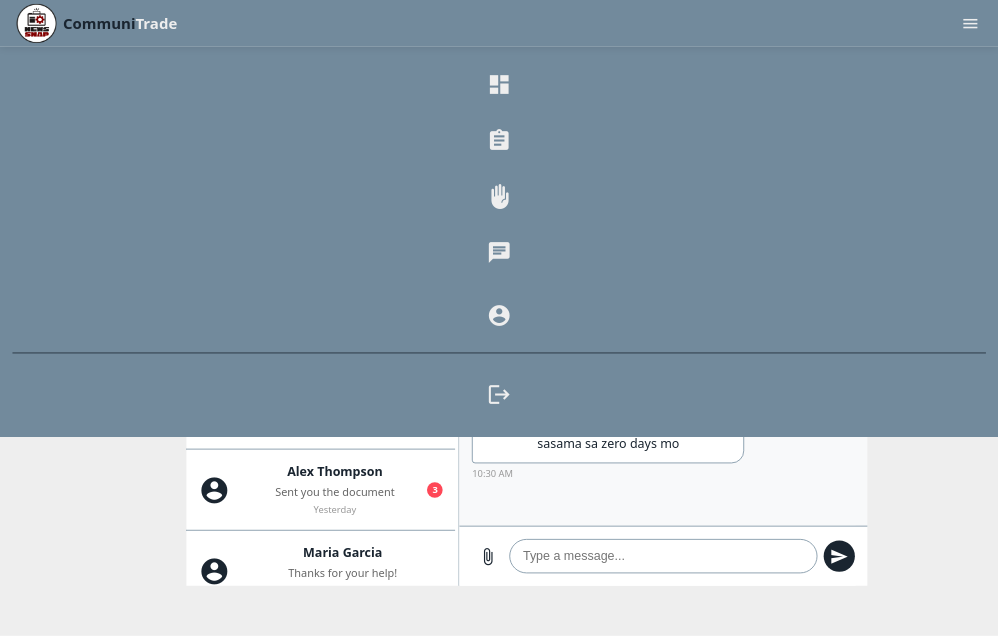
Repository: wholaanmo/news-snap
Page: /message
The author's editor kept a copy of each file at every save. The page is drawn from the files as they stood at one save, then again after the next save.
The browser window is 1280 px wide. The pictures show the whole page, at 78% of full size.
The project was rebuilt for these pictures with package versions that can differ from the ones it lists, and the page was loaded fresh each time. Also part of the build but not shown: src/components/AdminNavbar.vue, src/components/AdminSidebar.vue, src/layouts/AdminLayout.vue.

Above is the page before, as saved 2025-10-15 20:03:48.

### index.html
<!doctype html>
<html lang="en">
  <head>
    <meta charset="UTF-8" />
    <link rel="icon" type="image/svg+xml" href="/vite.svg" />
    <meta name="viewport" content="width=device-width, initial-scale=1.0" />
    <title>CommuniTrade</title>
    <link href="https://fonts.googleapis.com/css2?family=Material+Icons"
      rel="stylesheet">
    <link href="https://fonts.googleapis.com/css2?family=Roboto:wght@400;700&display=swap" rel="stylesheet">
    <link href="https://fonts.googleapis.com/css2?family=Inter:wght@400;600&display=swap" rel="stylesheet">
  </head>
  <body>
    <div id="app"></div>
    <script type="module" src="/src/main.js"></script>
  </body>
</html>

### src/App.vue
<template>
  <div class="app">
    <router-view />
  </div>
</template>

<script setup>
// No need for layout logic here anymore - it's handled by individual layouts
</script>

<style lang="css">
:root {
  --primary: #1a2530;
  --grey: #728a9c;
  --dark: #0F0E0E;
  --dark-alt: #37353E;
  --light: #EEEEEE;
  --sidebar-width: 230px;
}

* {
  margin: 0;
  padding: 0;
  box-sizing: border-box;
  scrollbar-width: thin;
  scrollbar-color: #728a9c #f0f0f0;
}

body {
  background: var(--light);
}

button {
  cursor: pointer;
  appearance: none;
  border: none;
  outline: none;
  background: none;
}

.app {
  min-height: 100vh;
}
</style>

### src/layouts/UserLayout.vue
<template>
    <div class="user-layout">
      <UserNavbar :toggle-sidebar="toggleSidebar" />
      <div class="layout-body">
        <UserSidebar :isOpen="sidebarOpen" @toggle="sidebarOpen = $event" />
        <main class="user-content" :class="sidebarOpen && 'sidebar-open'">
          <router-view />
        </main>
      </div>
    </div>
  </template>

  <script setup>
  import { ref } from 'vue'
  import UserNavbar from '@/components/Navbar.vue'
  import UserSidebar from '@/components/Sidebar.vue'

  const sidebarOpen = ref(false)

  const toggleSidebar = () => {
    sidebarOpen.value = !sidebarOpen.value
  }
  </script>

  <style scoped>
  .user-layout {
    min-height: 100vh;
  }

  .layout-body {
    display: flex;
    min-height: calc(100vh - 60px);
    margin-top: 30px; /* Account for navbar height */
  }

  .user-content {
    flex: 1 1 0;
    margin-left: calc(1.5rem + 32px);
    transition: margin-left 0.2s ease-out;
    padding: 2rem;
  }

  .user-content.sidebar-open {
    margin-left: var(--sidebar-width);
  }

  @media (max-width: 768px) {
    .user-content {
      margin-left: 0;
      padding: 1rem;
    }

    .user-content.sidebar-open {
      margin-left: 0;
    }
  }
  </style>

### src/views/message.vue
<template>
  <div class="message-page">
    <!-- Sidebar with conversation list -->
    <div class="conversation-sidebar" :class="{ 'sidebar-collapsed': !isSidebarExpanded }">
      <div class="sidebar-header">
        <h2>Messages</h2>
      </div>

      <div class="conversation-list">
        <div
          v-for="conversation in conversations"
          :key="conversation.id"
          class="conversation-item"
          :class="{ active: activeConversation?.id === conversation.id }"
          @click="selectConversation(conversation)"
        >
          <div class="avatar">
            <span class="material-icons">account_circle</span>
          </div>
          <div class="conversation-info">
            <div class="user-name">{{ conversation.userName }}</div>
            <div class="last-message">{{ conversation.lastMessage }}</div>
            <div class="timestamp">{{ conversation.timestamp }}</div>
          </div>
          <div v-if="conversation.unreadCount > 0" class="unread-badge">
            {{ conversation.unreadCount }}
          </div>
        </div>
      </div>
    </div>

    <!-- Main chat area -->
    <div class="chat-area">
      <div v-if="activeConversation" class="chat-container">
        <!-- Chat header -->
        <div class="chat-header">
          <div class="chat-user-info">
            <span class="material-icons">account_circle</span>
            <span class="user-name">{{ activeConversation.userName }}</span>
            <span class="status" :class="activeConversation.status">{{ activeConversation.status }}</span>
          </div>
        </div>

        <!-- Messages container -->
        <div class="messages-container" ref="messagesContainer">
          <div
            v-for="message in activeConversation.messages"
            :key="message.id"
            class="message"
            :class="message.sender"
          >
            <div class="message-content">
              <img
                v-if="message.type === 'image'"
                :src="message.content"
                alt="Sent image"
                class="message-image"
                @click="openImageModal(message.content)"
              />
              <span v-else>{{ message.content }}</span>
            </div>
            <div class="message-time">
              {{ message.time }}
            </div>
          </div>
        </div>

        <!-- Message input -->
        <div class="message-input-container">
          <div class="input-wrapper">
            <input
              ref="fileInput"
              type="file"
              accept="image/*"
              style="display: none"
              @change="handleImageUpload"
            />
            <button @click="triggerFileInput" class="attachment-button">
              <span class="material-icons">attach_file</span>
            </button>
            <input
              v-model="newMessage"
              type="text"
              placeholder="Type a message..."
              @keyup.enter="sendMessage"
              class="message-input"
            >
            <button @click="sendMessage" class="send-button">
              <span class="material-icons">send</span>
            </button>
          </div>
        </div>
      </div>

      <!-- Empty state when no conversation selected -->
      <div v-else class="no-conversation">
        <div class="empty-state">
          <span class="material-icons">chat</span>
          <h3>Select a conversation</h3>
          <p>Choose a conversation from the list to start messaging</p>
        </div>
      </div>
    </div>

    <!-- Image Modal -->
    <div v-if="selectedImage" class="image-modal" @click="closeImageModal">
      <div class="modal-content">
        <img :src="selectedImage" alt="Full size image" />
        <button class="close-modal" @click="closeImageModal">
          <span class="material-icons">close</span>
        </button>
      </div>
    </div>
  </div>
</template>

<script setup>
import { ref, onMounted, nextTick } from 'vue'

// Reactive data
const isSidebarExpanded = ref(true)
const activeConversation = ref(null)
const newMessage = ref('')
const messagesContainer = ref(null)
const fileInput = ref(null)
const selectedImage = ref(null)

// Sample conversations data
const conversations = ref([
  {
    id: 1,
    userName: 'John Doe',
    lastMessage: 'Thanks for the help!',
    timestamp: '10:30 AM',
    unreadCount: 2,
    status: 'online',
    messages: [
      { id: 1, content: 'Hi sah!', sender: 'them', time: '10:15 AM' },
      { id: 2, content: 'Uy musta my young stunna?', sender: 'me', time: '10:16 AM' },
      { id: 3, content: 'Need ko help sa project namin', sender: 'them', time: '10:20 AM' },
      { id: 4, content: 'Ay bounce na ko jan sah', sender: 'me', time: '10:25 AM' },
      { id: 5, content: 'Awit, makikita mo talaga kung sino sasama sa zero days mo', sender: 'them', time: '10:30 AM' }
    ]
  },
  {
    id: 2,
    userName: 'Sarah Wilson',
    lastMessage: 'See you tomorrow!',
    timestamp: 'Yesterday',
    unreadCount: 0,
    status: 'offline',
    messages: [
      { id: 1, content: 'Meeting tomorrow at 3 PM', sender: 'them', time: 'Yesterday' },
      { id: 2, content: 'Owkie dowkie', sender: 'me', time: 'Yesterday' }
    ]
  },
  {
    id: 3,
    userName: 'Mike Johnson',
    lastMessage: 'Tapos na po maem',
    timestamp: '12/15/2024',
    unreadCount: 1,
    status: 'online',
    messages: [
      { id: 1, content: 'The files you requested are ready for review', sender: 'them', time: '12/15/2024' }
    ]
  },
  {
    id: 4,
    userName: 'Emily Davis',
    lastMessage: 'Are we still meeting today?',
    timestamp: '11:45 AM',
    unreadCount: 0,
    status: 'online',
    messages: [
      { id: 1, content: 'Hey, are you available for a quick call?', sender: 'them', time: '11:30 AM' },
      { id: 2, content: 'Sure, what time works for you?', sender: 'me', time: '11:35 AM' }
    ]
  },
  {
    id: 5,
    userName: 'Alex Thompson',
    lastMessage: 'Sent you the document',
    timestamp: 'Yesterday',
    unreadCount: 3,
    status: 'online',
    messages: [
      { id: 1, content: 'Can you review this document when you have time?', sender: 'them', time: 'Yesterday' },
      { id: 2, content: 'Of course, send it over', sender: 'me', time: 'Yesterday' }
    ]
  },
  {
    id: 6,
    userName: 'Maria Garcia',
    lastMessage: 'Thanks for your help!',
    timestamp: '12/14/2024',
    unreadCount: 0,
    status: 'offline',
    messages: [
      { id: 1, content: 'I really appreciate your assistance with the project', sender: 'them', time: '12/14/2024' },
      { id: 2, content: 'Happy to help anytime!', sender: 'me', time: '12/14/2024' }
    ]
  },
  {
    id: 7,
    userName: 'David Chen',
    lastMessage: 'Lets catch up soon',
    timestamp: '12/13/2024',
    unreadCount: 1,
    status: 'online',
    messages: [
      { id: 1, content: 'Long time no see! How have you been?', sender: 'them', time: '12/13/2024' },
      { id: 2, content: 'Doing great! We should definitely meet up', sender: 'me', time: '12/13/2024' }
    ]
  },
  {
    id: 8,
    userName: 'Lisa Rodriguez',
    lastMessage: 'The package arrived',
    timestamp: '12/12/2024',
    unreadCount: 0,
    status: 'offline',
    messages: [
      { id: 1, content: 'Just wanted to let you know the package arrived safely', sender: 'them', time: '12/12/2024' },
      { id: 2, content: 'Great! Thanks for the update', sender: 'me', time: '12/12/2024' }
    ]
  },
  {
    id: 9,
    userName: 'Kevin Wilson',
    lastMessage: 'Check this out!',
    timestamp: '12/11/2024',
    unreadCount: 2,
    status: 'online',
    messages: [
      { id: 1, content: 'Found this interesting article you might like', sender: 'them', time: '12/11/2024' },
      { id: 2, content: 'Looks cool, Ill read it later', sender: 'me', time: '12/11/2024' }
    ]
  }
])

// Methods
const toggleSidebar = () => {
  isSidebarExpanded.value = !isSidebarExpanded.value
}

const selectConversation = (conversation) => {
  activeConversation.value = conversation
  // Mark as read when selected
  conversation.unreadCount = 0
  // Scroll to bottom of messages
  nextTick(() => {
    scrollToBottom()
  })
}

const sendMessage = () => {
  if (!newMessage.value.trim() || !activeConversation.value) return

  const newMsg = {
    id: Date.now(),
    content: newMessage.value,
    sender: 'me',
    time: new Date().toLocaleTimeString([], { hour: '2-digit', minute: '2-digit' })
  }

  activeConversation.value.messages.push(newMsg)
  activeConversation.value.lastMessage = newMessage.value
  activeConversation.value.timestamp = 'Just now'

  newMessage.value = ''

  // Scroll to bottom after sending
  nextTick(() => {
    scrollToBottom()
  })
}

const triggerFileInput = () => {
  fileInput.value.click()
}

const handleImageUpload = (event) => {
  const file = event.target.files[0]
  if (file && file.type.startsWith('image/')) {
    const reader = new FileReader()
    reader.onload = (e) => {
      const imageMsg = {
        id: Date.now(),
        content: e.target.result,
        sender: 'me',
        type: 'image',
        time: new Date().toLocaleTimeString([], { hour: '2-digit', minute: '2-digit' })
      }

      activeConversation.value.messages.push(imageMsg)
      activeConversation.value.lastMessage = 'Sent an image'
      activeConversation.value.timestamp = 'Just now'

      // Scroll to bottom after sending
      nextTick(() => {
        scrollToBottom()
      })
    }
    reader.readAsDataURL(file)
  }

  // Reset file input
  event.target.value = ''
}

const openImageModal = (imageSrc) => {
  selectedImage.value = imageSrc
}

const closeImageModal = () => {
  selectedImage.value = null
}

const scrollToBottom = () => {
  if (messagesContainer.value) {
    messagesContainer.value.scrollTop = messagesContainer.value.scrollHeight
  }
}

// Lifecycle
onMounted(() => {
  // Select first conversation by default
  if (conversations.value.length > 0) {
    selectConversation(conversations.value[0])
  }
})
</script>

<style scoped>
.message-page {
  display: flex;
  height: calc(100vh - 60px);
  margin-top: -3px;
  background-color: var(--light);
}

/* Conversation Sidebar Styles */
.conversation-sidebar {
  width: 350px;
  background-color: white;
  border-right: 1px solid var(--grey);
  display: flex;
  flex-direction: column;
  transition: width 0.3s ease;
  overflow: hidden;
}

.sidebar-collapsed {
  width: 60px;
}

.sidebar-header {
  display: flex;
  justify-content: space-between;
  align-items: center;
  padding: 1rem;
  border-bottom: 1px solid var(--grey);
  background-color: var(--grey);
}

.sidebar-header h2 {
  margin: 0;
  color: var(--primary);
  font-size: 1.5rem;
}

.toggle-sidebar {
  background: none;
  border: none;
  cursor: pointer;
  color: var(--primary);
  padding: 0.5rem;
  border-radius: 0.25rem;
}

.toggle-sidebar:hover {
  background-color: var(--light);
}

.conversation-list {
  flex: 1;
  overflow-y: auto;
  padding-right: 4px;
}

/* Custom scrollbar for conversation list */
.conversation-list::-webkit-scrollbar {
  width: 8px;
}

.conversation-list::-webkit-scrollbar-track {
  background: #f1f1f1;
  border-radius: 4px;
}

.conversation-list::-webkit-scrollbar-thumb {
  background: var(--primary);
  border-radius: 4px;
}

.conversation-list::-webkit-scrollbar-thumb:hover {
  background: var(--dark);
}

.conversation-item {
  display: flex;
  align-items: center;
  padding: 1rem;
  cursor: pointer;
  border-bottom: 1px solid var(--grey);
  transition: background-color 0.2s ease;
  position: relative;
}

.conversation-item:hover {
  background-color: var(--light);
}

.conversation-item.active {
  background-color: var(--primary);
  color: white;
}

.conversation-item.active .user-name,
.conversation-item.active .last-message,
.conversation-item.active .timestamp {
  color: white;
}

.avatar {
  margin-right: 1rem;
  flex-shrink: 0;
}

.avatar .material-icons {
  font-size: 2.5rem;
  color: var(--primary);
}

.conversation-item.active .avatar .material-icons {
  color: white;
}

.conversation-info {
  flex: 1;
  min-width: 0;
}

.user-name {
  font-weight: 600;
  margin-bottom: 0.25rem;
  color: var(--primary);
}

.last-message {
  font-size: 0.875rem;
  color: #666;
  white-space: nowrap;
  overflow: hidden;
  text-overflow: ellipsis;
}

.timestamp {
  font-size: 0.75rem;
  color: #999;
  margin-top: 0.25rem;
}

.unread-badge {
  background-color: #ff4757;
  color: white;
  border-radius: 50%;
  width: 20px;
  height: 20px;
  display: flex;
  align-items: center;
  justify-content: center;
  font-size: 0.75rem;
  font-weight: 600;
}

/* Chat Area Styles */
.chat-area {
  flex: 1;
  display: flex;
  flex-direction: column;
  background-color: white;
}

.chat-container {
  display: flex;
  flex-direction: column;
  height: 100%;
  width: 103%;
}

.chat-header {
  padding: 1rem;
  border-bottom: 1px solid var(--grey);
  background-color: white;
}

.chat-user-info {
  display: flex;
  align-items: center;
  gap: 0.5rem;
}

.chat-user-info .material-icons {
  font-size: 2rem;
  color: var(--primary);
}

.status {
  font-size: 0.875rem;
  padding: 0.25rem 0.5rem;
  border-radius: 1rem;
  text-transform: capitalize;
}

.status.online {
  background-color: #2ed573;
  color: white;
}

.status.offline {
  background-color: #747d8c;
  color: white;
}

.messages-container {
  flex: 1;
  padding: 1rem;
  overflow-y: auto;
  display: flex;
  flex-direction: column;
  gap: 1rem;
  background-color: #f8f9fa;
  padding-right: 8px;
}

/* Custom scrollbar for messages container */
.messages-container::-webkit-scrollbar {
  width: 6px;
}

.messages-container::-webkit-scrollbar-track {
  background: #e9ecef;
  border-radius: 3px;
}

.messages-container::-webkit-scrollbar-thumb {
  background: #adb5bd;
  border-radius: 3px;
}

.messages-container::-webkit-scrollbar-thumb:hover {
  background: #6c757d;
}

.message {
  display: flex;
  flex-direction: column;
  max-width: 70%;
}

.message.me {
  align-self: flex-end;
  align-items: flex-end;
}

.message.them {
  align-self: flex-start;
  align-items: flex-start;
}

.message-content {
  padding: 0.75rem 1rem;
  border-radius: 1rem;
  word-wrap: break-word;
}

.message.me .message-content {
  background-color: var(--primary);
  color: white;
  border-bottom-right-radius: 0.25rem;
}

.message.them .message-content {
  background-color: white;
  color: var(--primary);
  border: 1px solid var(--grey);
  border-bottom-left-radius: 0.25rem;
}

.message-image {
  max-width: 300px;
  max-height: 300px;
  border-radius: 0.5rem;
  cursor: pointer;
  transition: transform 0.2s ease;
}

.message-image:hover {
  transform: scale(1.02);
}

.message-time {
  font-size: 0.75rem;
  color: #999;
  margin-top: 0.25rem;
}

.message-input-container {
  padding: 1rem;
  border-top: 1px solid var(--grey);
  background-color: white;
}

.input-wrapper {
  display: flex;
  gap: 0.5rem;
  align-items: center;
}

.attachment-button {
  background: none;
  border: none;
  color: var(--primary);
  cursor: pointer;
  padding: 0.5rem;
  border-radius: 50%;
  transition: background-color 0.2s ease;
}

.attachment-button:hover {
  background-color: var(--light);
}

.message-input {
  flex: 1;
  padding: 0.75rem 1rem;
  border: 1px solid var(--grey);
  border-radius: 2rem;
  outline: none;
  font-size: 1rem;
}

.message-input:focus {
  border-color: var(--primary);
}

.send-button {
  background-color: var(--primary);
  color: white;
  border: none;
  border-radius: 50%;
  width: 40px;
  height: 40px;
  display: flex;
  align-items: center;
  justify-content: center;
  cursor: pointer;
  transition: background-color 0.2s ease;
}

.send-button:hover {
  background-color: var(--dark);
}

.no-conversation {
  flex: 1;
  display: flex;
  align-items: center;
  justify-content: center;
  background-color: #f8f9fa;
}

.empty-state {
  text-align: center;
  color: #666;
}

.empty-state .material-icons {
  font-size: 4rem;
  color: var(--grey);
  margin-bottom: 1rem;
}

/* Image Modal Styles */
.image-modal {
  position: fixed;
  top: 0;
  left: 0;
  width: 100%;
  height: 100%;
  background-color: rgba(0, 0, 0, 0.9);
  display: flex;
  align-items: center;
  justify-content: center;
  z-index: 1000;
}

.modal-content {
  position: relative;
  max-width: 90%;
  max-height: 90%;
}

.modal-content img {
  max-width: 100%;
  max-height: 90vh;
  border-radius: 0.5rem;
}

.close-modal {
  position: absolute;
  top: -40px;
  right: 0;
  background: none;
  border: none;
  color: white;
  font-size: 2rem;
  cursor: pointer;
  padding: 0.5rem;
}

/* Responsive Design */
@media (max-width: 768px) {
  .conversation-sidebar {
    position: absolute;
    left: 0;
    top: 0;
    height: 100%;
    z-index: 98;
    transform: translateX(0);
  }

  .sidebar-collapsed {
    transform: translateX(-100%);
  }

  .chat-area {
    width: 100%;
  }

  .message {
    max-width: 85%;
  }

  .message-image {
    max-width: 200px;
    max-height: 200px;
  }
}

/* Material Icons alignment fix */
.material-icons {
  vertical-align: bottom;
}
</style>

### src/components/Navbar.vue
<template>
  <nav class="navbar">
    <div class="navbar-content">
      <div class="navbar-left">
        <div class="logo-container">
          <img src="../assets/CommuniTrade.png" alt="CommuniTrade Logo" class="logo-img">
          <p class="logo-text">Communi<span class="logo-text1">Trade</span></p>
        </div>
      </div>

      <div class="navbar-right">
        <button class="hamburger-btn" @click="toggleSidebar">
          <span class="material-icons">menu</span>
        </button>
      </div>
    </div>
  </nav>
</template>

<script setup>
defineProps({
  toggleSidebar: Function
})
</script>

<style scoped>
.navbar {
  position: fixed;
  top: 0;
  left: 0;
  right: 0;
  height: 60px;
  background-color: var(--grey);
  color: var(--light);
  z-index: 98;
  box-shadow: 0 2px 10px rgba(0, 0, 0, 0.1);
}

.navbar-content {
  display: flex;
  align-items: center;
  justify-content: space-between;
  height: 100%;
  padding: 0 1rem;
}

.navbar-left {
  display: flex;
  align-items: center;
}

.navbar-right {
  display: flex;
  align-items: center;
}

.logo-container {
  display: flex;
  align-items: center;
  gap: 0.5rem;
}

.logo-img {
  width: 52px;
  height: 52px;
  object-fit: contain;
  margin-left: 0.3rem;
}

.logo-text1 {
  font-weight: bold;
  font-size: 1.2rem;
  color: var(--light);
}

.logo-text {
  font-weight: bold;
  font-size: 1.2rem;
  color: var(--primary);
}

.hamburger-btn {
  display: flex;
  align-items: center;
  justify-content: center;
  width: 40px;
  height: 40px;
  border-radius: 50%;
  transition: all 0.3s ease;
  color: var(--light);
}

.hamburger-btn:hover {
  color: var(--primary);
  transform: rotate(180deg);
}

/* Remove the media query that hides the logo text */
/* @media (max-width: 768px) {
  .logo-text {
    display: none;
  }
} */

/* Instead, adjust font size for very small screens */
@media (max-width: 480px) {
  .logo-text {
    font-size: 1rem;
  }

  .logo-img {
    width: 35px;
    height: 35px;
  }
}

@media (max-width: 360px) {
  .logo-text {
    font-size: 0.9rem;
  }
}
</style>

Loaded but not shown: src/style.css (common file); src/main.js (98 lines, source omitted); src/components/Sidebar.vue (236 lines, source omitted)

After the next save:
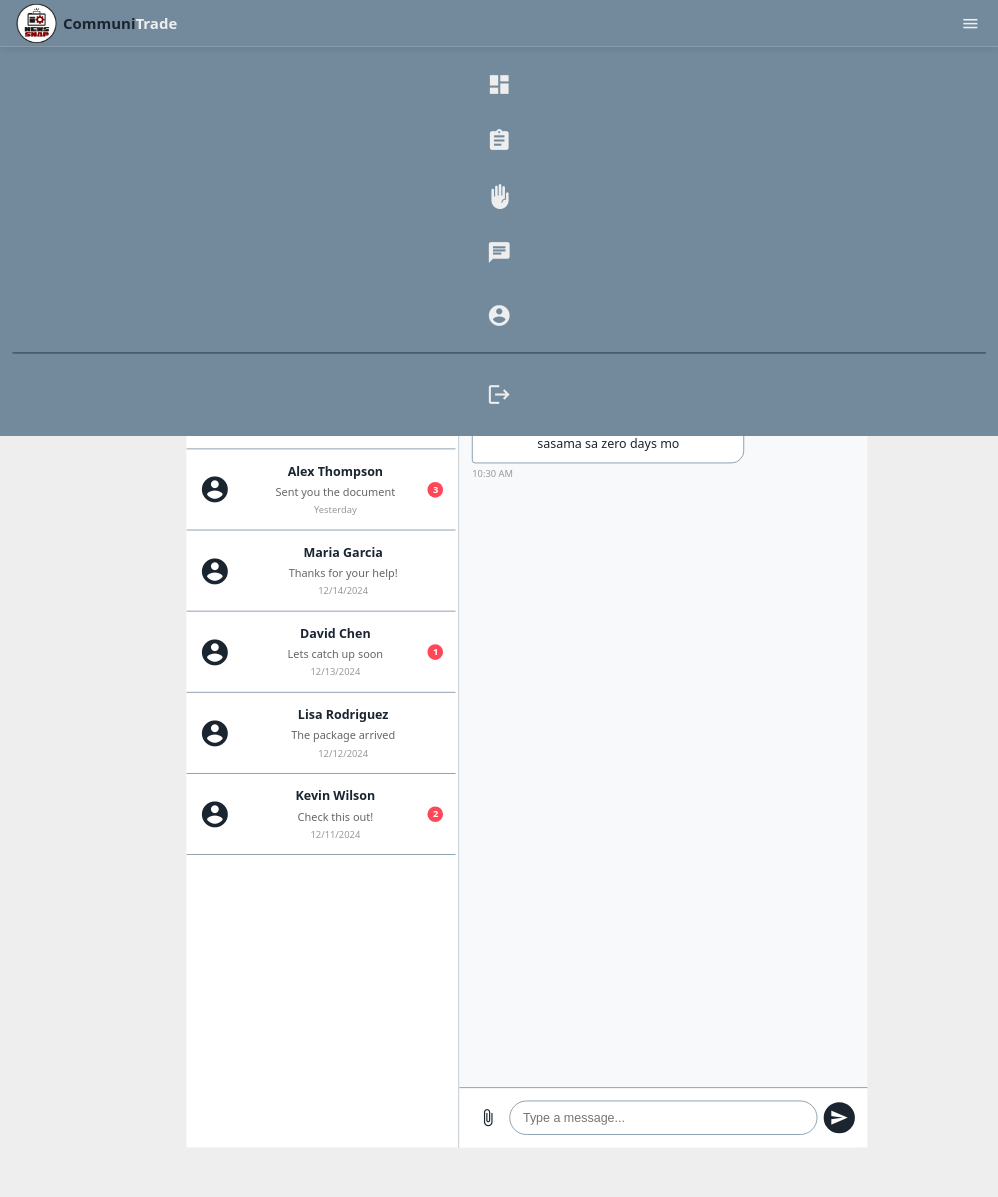
Saved 75 s later.
--- a/src/views/message.vue
+++ b/src/views/message.vue
@@ -335,7 +335,7 @@
 <style scoped>
 .message-page {
   display: flex;
-  height: calc(100vh - 60px);
+  height: calc(200vh - 60px);
   margin-top: -3px;
   background-color: var(--light);
 }

After the save that followed:
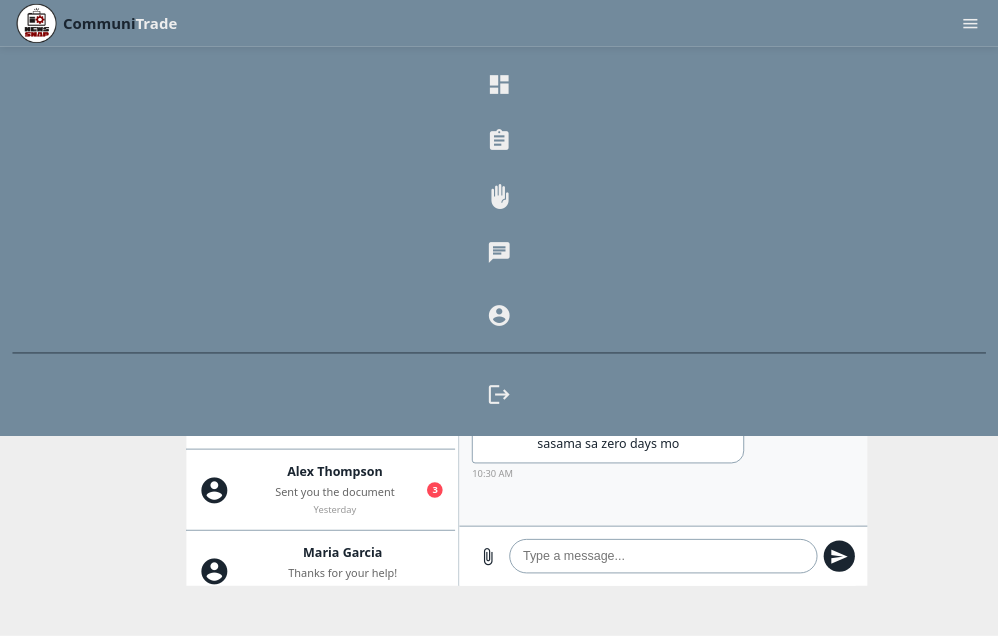
Saved 14 s later.
--- a/src/views/message.vue
+++ b/src/views/message.vue
@@ -335,7 +335,7 @@
 <style scoped>
 .message-page {
   display: flex;
-  height: calc(200vh - 60px);
+  height: calc(100vh - 60px);
   margin-top: -3px;
   background-color: var(--light);
 }
